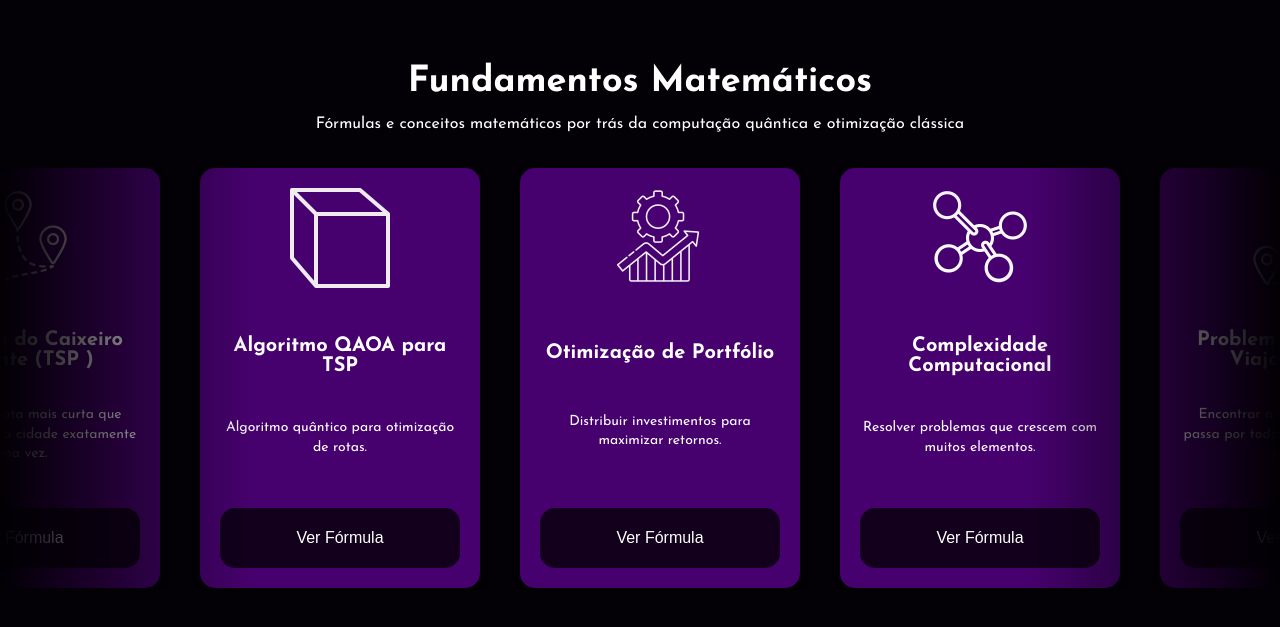
Repository: Everson9/Projeto-de-escalabilidade-quantica-definitivo
Page: fundamentos.html
These files come from the project's save history. The page is drawn as it stood at one moment and after the next save; the edit follows.
The browser window is 1280 px wide. The pictures show the whole page.

Above is the page before, as saved 2025-10-01 11:52:37.

### fundamentos.html
<!DOCTYPE html>
<html lang="pt-br">
<head>
    <meta charset="UTF-8">
    <meta name="viewport" content="width=device-width, initial-scale=1.0">
    <title>Fundamentos Matemáticos</title>
    <link rel="stylesheet" href="fundamentos.css">
    <link href="https://fonts.googleapis.com/css2?family=Josefin+Sans:wght@400;700&display=swap" rel="stylesheet">
</head>
<body>

    <div class="fundamentos-matematicos">
        <h1>Fundamentos Matemáticos</h1>
        <p>Fórmulas e conceitos matemáticos por trás da computação quântica e otimização clássica</p>
    </div>

    <!-- Container do Carrossel -->
    <div class="carousel-container">
        <div class="carousel-track">
            <!-- Cards Originais -->
            <div class="formula_1">
                <img src="imgs_icones/CaixeiroViajante.png" alt="Ícone do Problema do Caixeiro Viajante">
                <h4>Problema do Caixeiro Viajante (TSP )</h4>
                <p>Encontrar a rota mais curta que passa por toda a cidade exatamente uma vez.</p>
                <button class="button"><a href="caixeiro.html">Ver Fórmula</a></button>
            </div>
            <div class="formula_1">
                <img src="imgs_icones/QAOA.png" alt="Ícone do Algoritmo QAOA">
                <h4>Algoritmo QAOA para TSP</h4>
                <p>Algoritmo quântico para otimização de rotas.</p>
                <button class="button"><a href="AlgoritmoQAOA.html">Ver Fórmula</a></button>
            </div>
            <div class="formula_1">
                <img src="imgs_icones/OtimizacaoPortfolio.png" alt="Ícone de Otimização de Portfólio">
                <h4>Otimização de Portfólio</h4>
                <p>Distribuir investimentos para maximizar retornos.</p>
                <button class="button"><a href="Portifolio.html">Ver Fórmula</a></button>
            </div>
            <div class="formula_1">
                <img src="imgs_icones/ComplexidadeComputacional.png" alt="Ícone de Complexidade Computacional">
                <h4>Complexidade Computacional</h4>
                <p>Resolver problemas que crescem com muitos elementos.</p>
                <button class="button"><a href="Complexidade.html">Ver Fórmula</a></button>
            </div>

            <!-- Cards Duplicados para o Efeito Infinito -->
            <div class="formula_1">
                <img src="imgs_icones/CaixeiroViajante.png" alt="Ícone do Problema do Caixeiro Viajante">
                <h4>Problema do Caixeiro Viajante (TSP)</h4>
                <p>Encontrar a rota mais curta que passa por toda a cidade exatamente uma vez.</p>
                <button class="button"><a href="caixeiroviajante.html">Ver Fórmula</a></button>
            </div>
            <div class="formula_1">
                <img src="imgs_icones/QAOA.png" alt="Ícone do Algoritmo QAOA">
                <h4>Algoritmo QAOA para TSP</h4>
                <p>Algoritmo quântico para otimização de rotas.</p>
                <button class="button"><a href="AlgoritmoQAOA.html">Ver Fórmula</a></button>
            </div>
            <div class="formula_1">
                <img src="imgs_icones/OtimizacaoPortfolio.png" alt="Ícone de Otimização de Portfólio">
                <h4>Otimização de Portfólio</h4>
                <p>Distribuir investimentos para maximizar retornos.</p>
                <button class="button"><a href="Portifolio.html">Ver Fórmula</a></button>
            </div>
            <div class="formula_1">
                <img src="imgs_icones/ComplexidadeComputacional.png" alt="Ícone de Complexidade Computacional">
                <h4>Complexidade Computacional</h4>
                <p>Resolver problemas que crescem com muitos elementos.</p>
                <button class="button"><a href="Complexidade.html">Ver Fórmula</a></button>
            </div>
        </div>
    </div>

</body>
</html>

### fundamentos.css
body {
    background-color: #030105;
    font-family: 'Josefin Sans', sans-serif;
    color: #fff;
    margin: 0;
    padding: 0;
    display: flex;
    flex-direction: column;
    align-items: center;
    justify-content: flex-start;
    overflow-x: hidden; /* Esconde a barra de rolagem horizontal */
}

.fundamentos-matematicos {
    text-align: center;
    color: white;
    margin-top: 40px;
    margin-bottom: 20px;
}

h1 {
    font-size: 36px;
    margin-bottom: 10px;
}

/* Estilos dos Cards */
.formula_1 {
    width: 240px;
    height: 380px;
    background-color: #7703BA96;
    border-radius: 15px;
    padding: 20px;
    display: flex;
    flex-direction: column;
    justify-content: space-between;
    box-shadow: 0 4px 8px rgba(0, 0, 0, 0.2);
    margin: 0 20px; /* Espaçamento entre os cards */
    flex-shrink: 0; /* Impede que os cards encolham */
}

.formula_1 h4 {
    font-size: 20px;
    margin-bottom: 10px;
    text-align: center;
}

.formula_1 img {
    width: 100px;
    height: 100px;
    margin: 0 auto;
}

.formula_1 p {
    text-align: center;
    font-size: 14px;
    line-height: 1.4;
    margin-top: 10px;
}

.button {
    background-color: #030105C2;
    border: none;
    padding: 10px;
    color: white;
    font-size: 16px;
    text-align: center;
    height: 60px;
    border-radius: 15px;
    cursor: pointer;
    text-decoration: none;
    margin-top: 15px;
    transition: background-color 0.3s;
    text-decoration: none;
}

.button:hover {
    background-color: #ffffffc2;
    color: #030105;
    text-decoration: none;
}

.button a {
    text-decoration: none;
    color: #ffff; /* Para garantir que a cor do link herde a cor do botão */
}

/* --- Novas Classes para o Carrossel --- */

.carousel-container {
    width: 100%;
    display: flex;
    justify-content: flex-start; /* Alinha a trilha no início */
    overflow: hidden; /* Essencial para esconder o que está fora da tela */
    -webkit-mask-image: linear-gradient(to right, transparent, black 20%, black 80%, transparent);
    mask-image: linear-gradient(to right, transparent, black 20%, black 80%, transparent);
}

.carousel-track {
    display: flex; /* Coloca os cards em linha */
    animation: scroll 40s linear infinite; /* Aplica a animação */
}

.carousel-container:hover .carousel-track {
    animation-play-state: paused; /* Pausa a animação ao passar o mouse */
}

/* Animação de Rolagem */
@keyframes scroll {
    0% {
        transform: translateX(0);
    }
    100% {
        /* Move a trilha para a esquerda pelo tamanho exato da primeira metade dos cards */
        /* (240px de largura + 40px de margem) * 4 cards = 1120px */
        transform: translateX(calc(-280px * 4));
    }
}

After the next save:
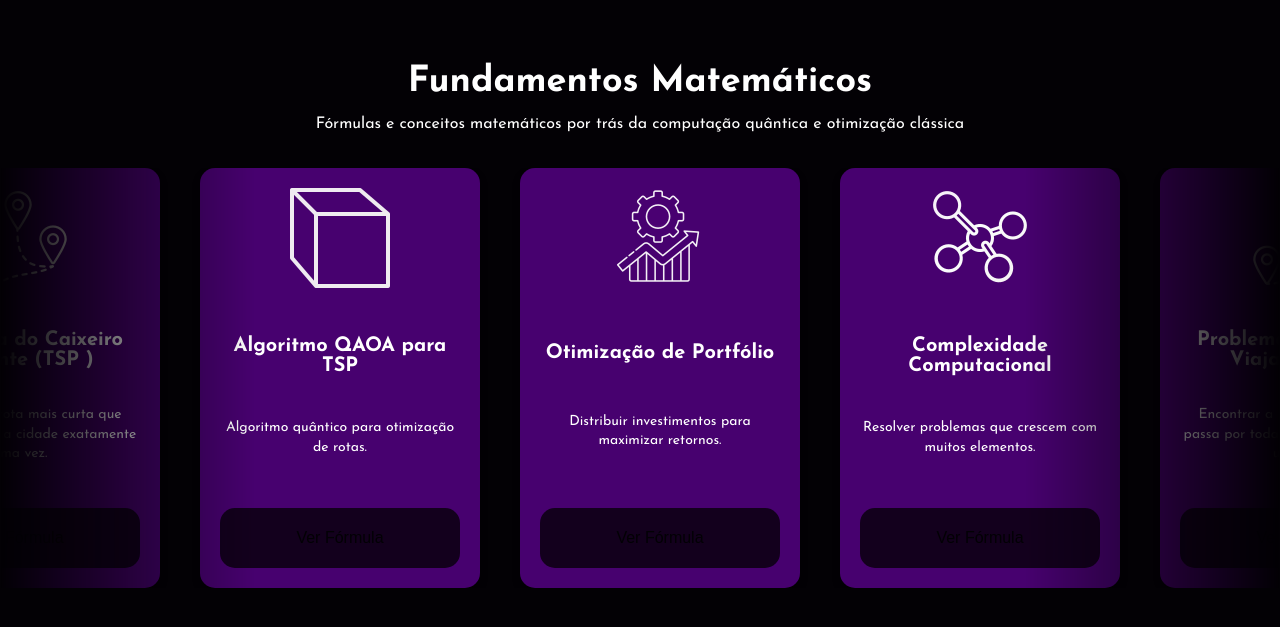
Saved 15 s later.
--- a/fundamentos.css
+++ b/fundamentos.css
@@ -81,7 +81,7 @@
 
 .button a {
     text-decoration: none;
-    color: #ffff; /* Para garantir que a cor do link herde a cor do botão */
+    color: #030105; /* Para garantir que a cor do link herde a cor do botão */
 }
 
 /* --- Novas Classes para o Carrossel --- */

After the 4 saves that followed:
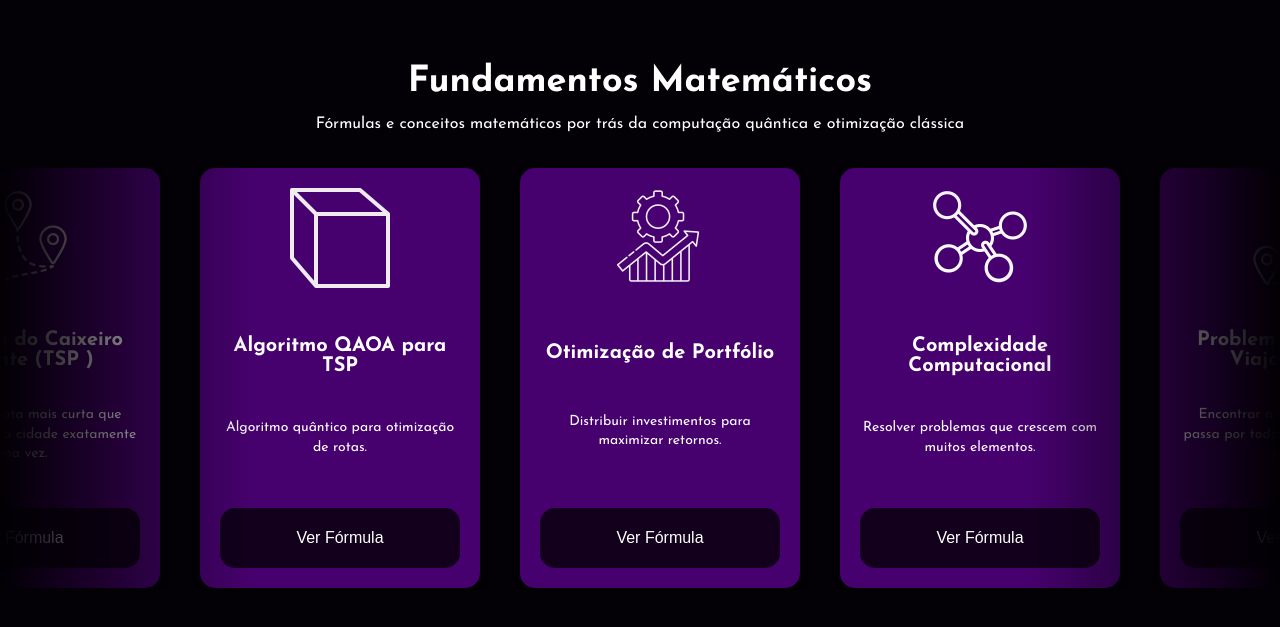
The 4 saves are shown as one change because they came seconds apart.
The last was saved 12 s later.
--- a/fundamentos.css
+++ b/fundamentos.css
@@ -81,7 +81,7 @@
 
 .button a {
     text-decoration: none;
-    color: #030105; /* Para garantir que a cor do link herde a cor do botão */
+    color: #ffff; /* Para garantir que a cor do link herde a cor do botão */
 }
 
 /* --- Novas Classes para o Carrossel --- */
